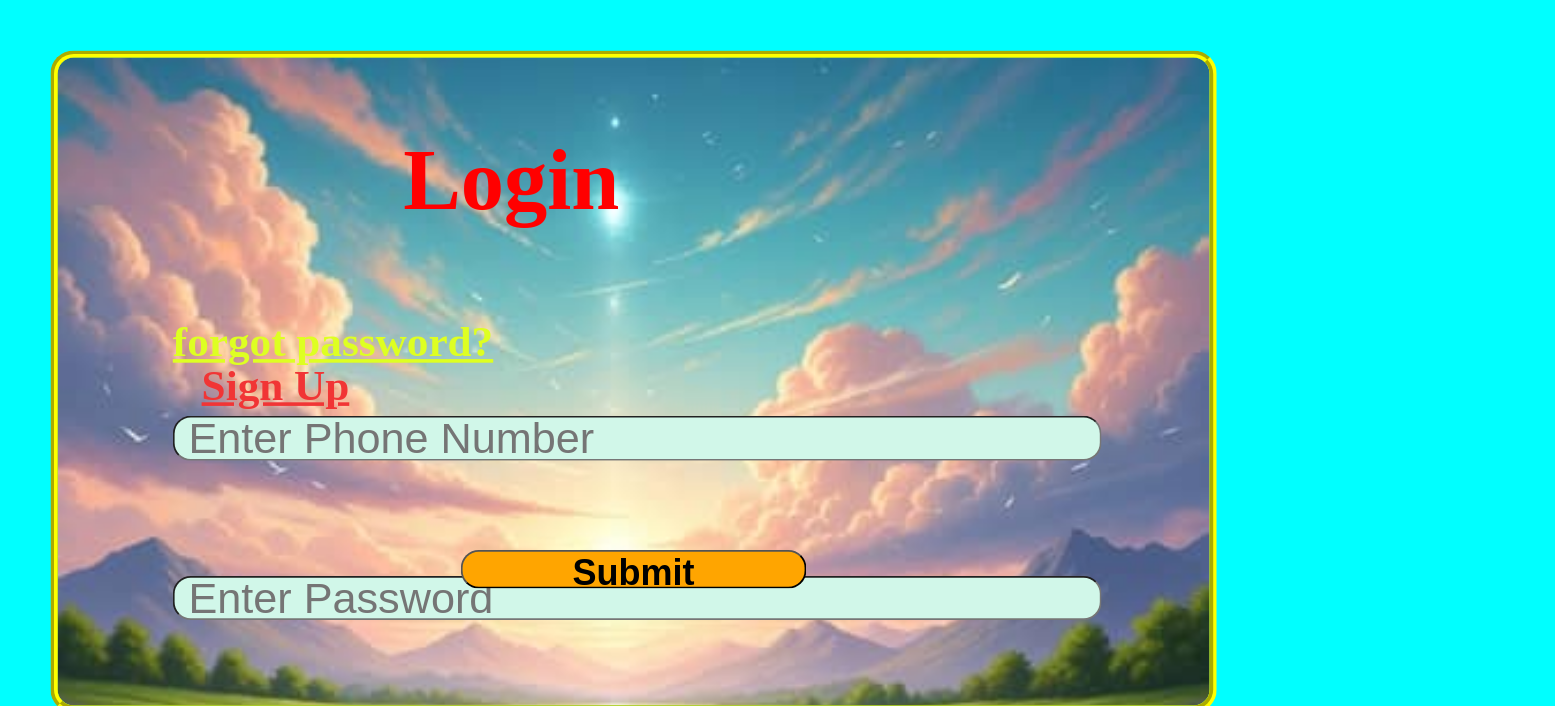
Repository: Amani-Kibet/express-app-web
Page: pages/signup/login.html
These files come from the project's save history. The page is drawn as it stood at one moment and after the next save; the edit follows.
The browser window is 1280 px wide. The page is 1728 px wide, so the pictures cover 1728 px, including what lies to the right of the window. The pictures show the whole page, at 90% of full size.

Above is the page before, as saved 2025-09-28 16:06:39.

### pages/signup/login.html
<!DOCTYPE html>
<head>
  <title> Login Page</title>
  <style>
    #board{
      background: url(/pictures/p1.png);
      background-size: cover;
      width: 100vw;
      height: 100vh;
      border-radius: 18px;
      outline: 8px groove yellow;
      position: absolute;
      top: 4rem;
      left: 4rem;
    }
    h2{
      color: red;
      position: relative;
      left: 30%;
      font-size: 6rem
    }
    .inputs{
      width: 80%;
      height: 6%;
      position: relative;
      left: 10%;
      margin-top: 10%;
      border-radius: 20px;
      color: blue;
      font-size: 3em;
      background-color: rgb(209, 247, 233);
    }
    #submit{
      background: orange;
      position: absolute;
      width: 30%;
      height: 6%;
      top: 76%;
      left: 35%;
      border-radius: 20px;
      font-size: 2.5em;
      font-weight: bold;
    }
    .links{
      position: absolute;
      font-weight: 800;
      font-size: 3em;
      color: yellow;
      top: 85%;
      left: 34%
    }
  #link1{
    top: 18rem;
    left: 8rem;
    color:rgb(222, 255, 34)
  }
  #link2{
    top: 21rem;
    left: 10rem;
    color:rgb(241, 53, 53);
  }
  #msg{
    background: lightblue;
    width: 70%;
    height: 50%;
    border-radius: 10px;
    position: absolute;
    bottom: 30%;
    left: 15%;
    outline: 4px groove yellow;
    display: none;
  }
  .prog{
    border-radius: 100%;
    position: absolute;
    top: 4%;
    left: 4%;
    outline: 20px groove yellow;
    font-size: 8em;
  }
  #prog2{
      transform: rotateY(90deg)
  }
  #progC{
    transform-style: preserve-3d;
    animation: spin 4s ease-in-out infinite;
  }
  #msgT{
    position: relative;
    top: 36%;
    left: 10%;
    color: blue;
    font-weight: bold;
    font-size: 4em;
    width: 80%;
    height: 20%;
  }
  #loginT{
    position: relative;
    top: 20%;
    left: 12%;
    color: rgb(255, 60, 0);
    font-weight: 500;
    font-size: 5em;
    width: 80%;
    height: 25%;
  }
  @keyframes spin{
    0%{transform: rotateY(0deg) rotateX(0deg) translateX(0px)}
    50%{transform: rotateY(360deg) rotateX(60deg) translateX(50px)}
    100%{transform: rotateY(0deg) rotateX(0deg) translateX(0px)}
  }
  </style>
</head>
<body bgColor="cyan">
  <div id="board">
    <h2>Login</h2>
    <input type="number" class="inputs" id="phoneI" placeholder=" Enter Phone Number">
    <input type="password" class="inputs" id="passI" placeholder=" Enter Password">
  <button id="submit" onclick="f1()">Submit</button>
  <a id="link1" class="links" href="http:localhost:3000">forgot password?<a>
    <a class="links" id="link2" href="/pages/signup/signIn.html">Sign Up</a>
    <div id="msg">
      <div id="progC">
        <div id="prog1" class="prog">🔴</div>
      <div id="prog2" class="prog">🟢</div>
      </div>
      <p id="loginT">Logging in...</p>
      <h3 id="msgT">No text returned</h3>
    </div>
  </div>
</body>
<script>
  let bt1= document.getElementById("submit")
  let msgT= document.getElementById("msgT")
  let msg= document.getElementById("msg")
  let phoneC= document.getElementById("phoneI");
  let passC= document.getElementById("passI")

function f1(){
  let phoneI= document.getElementById("phoneI").value;
  let passI= document.getElementById("passI").value;

  fetch("/path4",{
    method: "POST",
    headers: {"Content-Type":"application/json"},
    body: JSON.stringify({phone: `${phoneI}`, pass: `${passI}`})
  })
  .then(type=> type.json())
  .then(data=>{
    if(data.name=="Null"){
      phoneC.style.color="red";
      phoneC.type="text";
      phoneC.value+=" Is Not Found";

      setTimeout(()=>{
        phoneC.style.color="blue";
        phoneC.type="number";
      }, 5000);
    } else
    {
      msg.style.display="block";
      msgT.innerHTML=`Welcome Back ${data.name}!`;
      setTimeout(()=>{
        msg.style.display="none";
        window.location.href="/pages/contents/profile.html"
      }, 8000);
    }
  });
  console.log(x.split(" "))
}
</script>
</html>

After the next save:
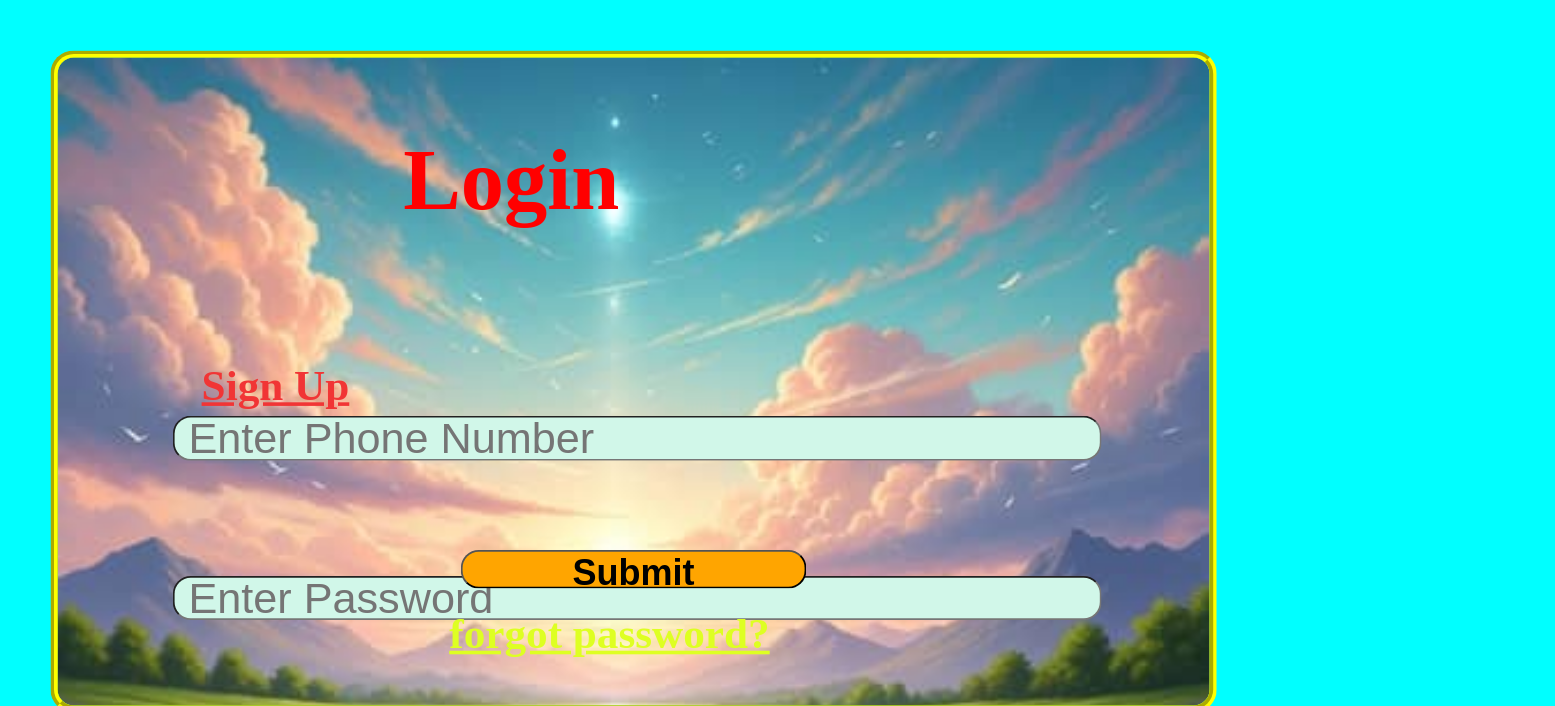
Saved 61 s later.
--- a/pages/signup/login.html
+++ b/pages/signup/login.html
@@ -46,12 +46,10 @@
       font-weight: 800;
       font-size: 3em;
       color: yellow;
-      top: 85%;
-      left: 34%
     }
   #link1{
-    top: 18rem;
-    left: 8rem;
+    top: 85%;
+    left: 34%;
     color:rgb(222, 255, 34)
   }
   #link2{
